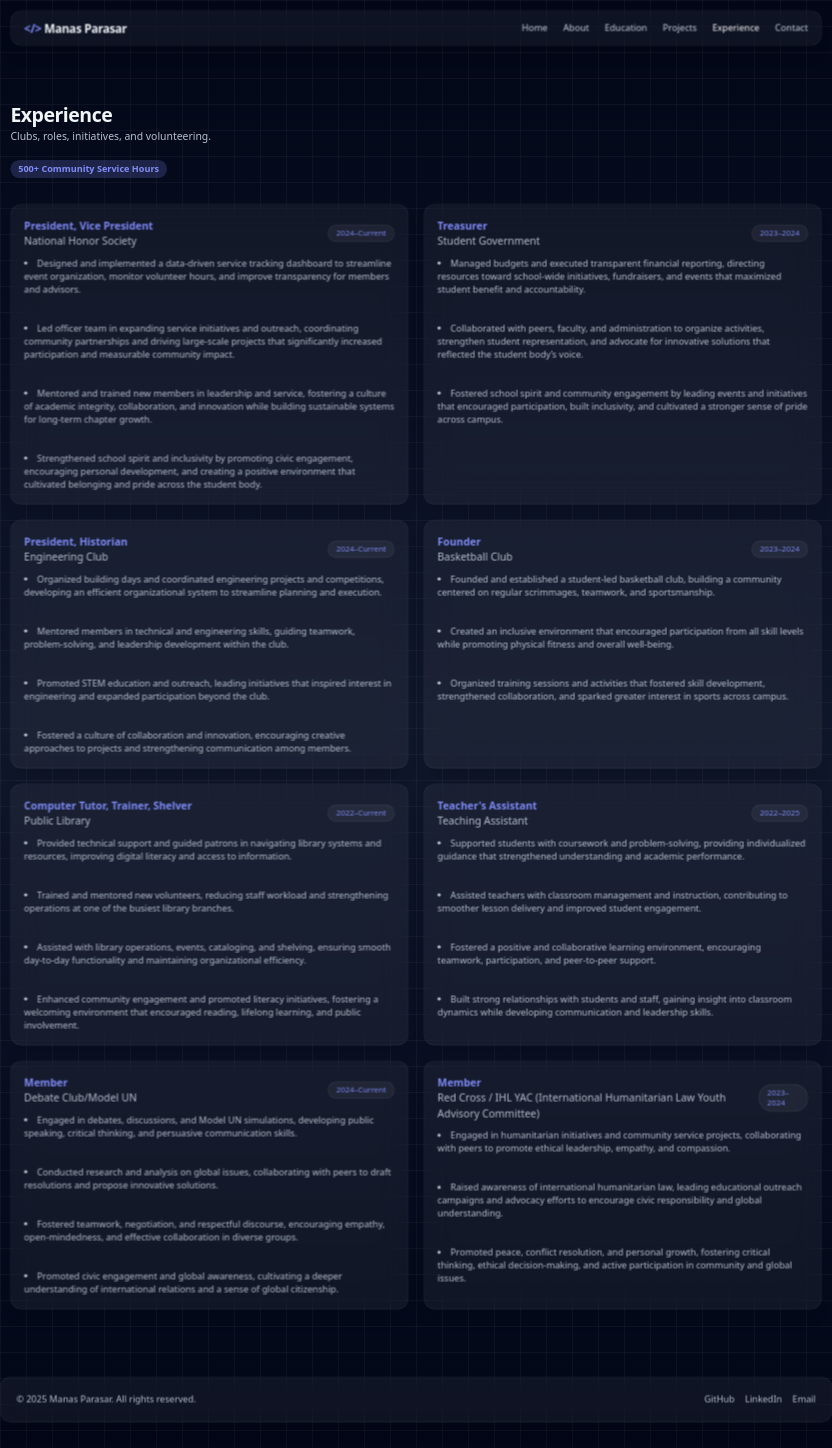
Repository: Manas-Parasar/portfolio-manas-parasar
Page: /experience
An editor plug-in stored every save of this project. The page is shown before and after the next save, followed by the edit.
The browser window is 1280 px wide. The pictures show the whole page, at 65% of full size.
The project was rebuilt for these pictures with package versions that can differ from the ones it lists, and the page was loaded fresh each time. Also part of the build but not shown: vite.config.js, src/components/Hero.jsx, src/components/ProjectCard.jsx, src/pages/Home.jsx, src/pages/About.jsx, src/pages/Projects.jsx, src/pages/Contact.jsx. Imported but missing from the stored project, and not drawn on this page: src/assets/Manas Parasar Resume.pdf.

Above is the page before, as saved 2025-08-23 00:23:57.

### index.html
<!DOCTYPE html>
<html lang="en">
  <head>
    <meta charset="UTF-8" />
    <meta name="viewport" content="width=device-width, initial-scale=1.0" />
    <title>Manas Parasar Portfolio</title>
    <meta
      name="description"
      content="Portfolio of Manas Parasar: projects, leadership, research, and impact."
    />
    <link rel="icon" href="/PortfolioFavicon.png" />
  </head>
  <body
    class="min-h-screen bg-gradient-to-b from-slate-950 via-slate-900 to-slate-950 text-slate-100"
  >
    <div id="root"></div>
    <script type="module" src="/src/main.jsx"></script>
  </body>
</html>

### src/main.jsx
import { BrowserRouter } from "react-router-dom";
import "./index.css";
import React from "react";
import ReactDOM from "react-dom/client";
import App from "./App";

ReactDOM.createRoot(document.getElementById("root")).render(
  <React.StrictMode>
    <BrowserRouter>
      <App />
    </BrowserRouter>
  </React.StrictMode>
);

### src/index.css
@tailwind base;
@tailwind components;
@tailwind utilities;

html,
body {
  margin: 0;
  padding: 0;
  box-sizing: border-box;
  overscroll-behavior: none;
  overflow-x: hidden;
}

html {
  background-color: #0aa345; /* slate-900 */
}

html,
body {
  margin: 0;
  padding: 0;
  box-sizing: border-box;
}

html {
  background-color: #0f172a; /* slate-900 */
}

/* Subtle selection & scrollbar tweaks */
::selection {
  background: #175430;
  color: white;
}
::-webkit-scrollbar {
  width: 10px;
}
::-webkit-scrollbar-thumb {
  background: rgba(148, 184, 155, 0.4);
  border-radius: 999px;
}

/* Reusable utilities */
@layer utilities {
  .glass {
    @apply bg-white/5 backdrop-blur-xl border border-white/10 shadow-xl;
  }
  .btn {
    @apply inline-flex items-center gap-2 rounded-2xl px-5 py-2 font-medium transition;
  }
  .btn-primary {
    @apply btn bg-brand-600 hover:bg-brand-500 text-white;
  }
  .btn-ghost {
    @apply btn glass hover:bg-white/10;
  }
  .headline {
    @apply text-4xl md:text-5xl font-extrabold tracking-tight;
  }
  .subtle {
    @apply text-slate-300/90;
  }
}

### src/App.jsx
import { Routes, Route } from "react-router-dom";
import Navbar from "./components/Navbar";
import Footer from "./components/Footer";
import Home from "./pages/Home";
import About from "./pages/About";
import Projects from "./pages/Projects";
import Experience from "./pages/Experience";
import Contact from "./pages/Contact";
import Education from "./pages/Education";

export default function App() {
  return (
    <div className="min-h-screen flex flex-col bg-grid-sheer bg-grid-sheer bg-[length:40px_40px] overflow-hidden">
      <div className="absolute inset-0 -z-10 opacity-70" aria-hidden>
        <div className="absolute -top-40 -left-40 h-96 w-96 rounded-full bg-brand-500 blur-[120px] opacity-30 animate-float" />
      </div>
      <Navbar />
      <main className="container py-10 flex-grow">
        <Routes>
          <Route path="/" element={<Home />} />
          <Route path="/about" element={<About />} />
          <Route path="/education" element={<Education />} />
          <Route path="/projects" element={<Projects />} />
          <Route path="/experience" element={<Experience />} />
          <Route path="/contact" element={<Contact />} />
        </Routes>
      </main>
      <Footer />
    </div>
  );
}

### src/components/Navbar.jsx
import { Link, NavLink } from "react-router-dom";
import { Menu, X } from "lucide-react";
import { useState } from "react";

export default function Navbar() {
  const [open, setOpen] = useState(false);
  const nav = [
    { to: "/", label: "Home" },
    { to: "/about", label: "About" },
    { to: "/education", label: "Education" },
    { to: "/projects", label: "Projects" },
    { to: "/experience", label: "Experience" },
    { to: "/contact", label: "Contact" },
  ];

  const NavItems = ({ onClick }) => (
    <ul className="flex flex-col md:flex-row gap-4 md:gap-6 text-sm">
      {nav.map((n) => (
        <li key={n.to}>
          <NavLink
            to={n.to}
            onClick={onClick}
            className={({ isActive }) =>
              `transition hover:text-white ${
                isActive ? "text-white" : "text-slate-300"
              }`
            }
          >
            {n.label}
          </NavLink>
        </li>
      ))}
    </ul>
  );

  return (
    <header className="sticky top-0 z-50">
      <div className="container mt-4">
        <div className="glass rounded-2xl px-5 py-3 flex items-center justify-between">
          <Link to="/" className="font-black tracking-tight text-lg">
            <span className="text-brand-400">&lt;/&gt;</span> Manas Parasar
          </Link>
          <nav className="hidden md:block">
            <NavItems />
          </nav>
          <button
            className="md:hidden btn-ghost"
            onClick={() => setOpen(!open)}
            aria-label="Toggle Menu"
          >
            {open ? <X size={20} /> : <Menu size={20} />}
          </button>
        </div>
        {open && (
          <div className="md:hidden mt-2 glass rounded-2xl px-5 py-4">
            <NavItems onClick={() => setOpen(false)} />
          </div>
        )}
      </div>
    </header>
  );
}

### src/components/Footer.jsx
export default function Footer() {
  return (
    <footer className="mt-16 pb-10">
      <div className="container glass rounded-2xl p-6 flex flex-col md:flex-row items-center justify-between gap-4">
        <p className="text-sm subtle">
          © {new Date().getFullYear()} Manas Parasar. All rights reserved.
        </p>
        <div className="text-sm subtle flex gap-4">
          <a
            href="https://github.com/"
            target="_blank"
            className="hover:text-white"
          >
            GitHub
          </a>
          <a
            href="https://linkedin.com/"
            target="_blank"
            className="hover:text-white"
          >
            LinkedIn
          </a>
          <a href="mailto:manas@example.com" className="hover:text-white">
            Email
          </a>
        </div>
      </div>
    </footer>
  );
}

### src/pages/Experience.jsx
import { TimelineItem } from "../components/TimelineItem";
import Section from "../components/Section";

export default function Experience() {
  return (
    <>
      <Section
        title="Experience"
        subtitle="Clubs, roles, initiatives, and volunteering."
      >
        <div className="mb-4 w-fit">
          <span className="inline-block bg-brand-400/20 rounded-full px-3 py-1 text-sm font-semibold text-brand-400">
            500+ Community Service Hours
          </span>
        </div>
        <div className="grid md:grid-cols-2 gap-6">
          <TimelineItem
            org="National Honor Society"
            role="President, Vice President"
            period="2024–Current"
            points={[
              "Designed and implemented a data-driven service tracking dashboard to streamline event organization, monitor volunteer hours, and improve transparency for members and advisors.",
              "Led officer team in expanding service initiatives and outreach, coordinating community partnerships and driving large-scale projects that significantly increased participation and measurable community impact.",
              "Mentored and trained new members in leadership and service, fostering a culture of academic integrity, collaboration, and innovation while building sustainable systems for long-term chapter growth.",
              "Strengthened school spirit and inclusivity by promoting civic engagement, encouraging personal development, and creating a positive environment that cultivated belonging and pride across the student body.",
            ]}
          />
          <TimelineItem
            org="Student Government"
            role="Treasurer"
            period="2023–2024"
            points={[
              "Managed budgets and executed transparent financial reporting, directing resources toward school-wide initiatives, fundraisers, and events that maximized student benefit and accountability.",
              "Collaborated with peers, faculty, and administration to organize activities, strengthen student representation, and advocate for innovative solutions that reflected the student body’s voice.",
              "Fostered school spirit and community engagement by leading events and initiatives that encouraged participation, built inclusivity, and cultivated a stronger sense of pride across campus.",
            ]}
          />
          <TimelineItem
            org="Engineering Club"
            role="President, Historian"
            period="2024–Current"
            points={[
              "Organized building days and coordinated engineering projects and competitions, developing an efficient organizational system to streamline planning and execution.",
              "Mentored members in technical and engineering skills, guiding teamwork, problem-solving, and leadership development within the club.",
              "Promoted STEM education and outreach, leading initiatives that inspired interest in engineering and expanded participation beyond the club.",
              "Fostered a culture of collaboration and innovation, encouraging creative approaches to projects and strengthening communication among members.",
            ]}
          />
          <TimelineItem
            org="Basketball Club"
            role="Founder"
            period="2023–2024"
            points={[
              "Founded and established a student-led basketball club, building a community centered on regular scrimmages, teamwork, and sportsmanship.",
              "Created an inclusive environment that encouraged participation from all skill levels while promoting physical fitness and overall well-being.",
              "Organized training sessions and activities that fostered skill development, strengthened collaboration, and sparked greater interest in sports across campus.",
            ]}
          />
          <TimelineItem
            org="Public Library"
            role="Computer Tutor, Trainer, Shelver"
            period="2022–Current"
            points={[
              "Provided technical support and guided patrons in navigating library systems and resources, improving digital literacy and access to information.",
              "Trained and mentored new volunteers, reducing staff workload and strengthening operations at one of the busiest library branches.",
              "Assisted with library operations, events, cataloging, and shelving, ensuring smooth day-to-day functionality and maintaining organizational efficiency.",
              "Enhanced community engagement and promoted literacy initiatives, fostering a welcoming environment that encouraged reading, lifelong learning, and public involvement.",
            ]}
          />
          <TimelineItem
            org="Teaching Assistant"
            role="Teacher's Assistant"
            period="2022–2025"
            points={[
              "Supported students with coursework and problem-solving, providing individualized guidance that strengthened understanding and academic performance.",
              "Assisted teachers with classroom management and instruction, contributing to smoother lesson delivery and improved student engagement.",
              "Fostered a positive and collaborative learning environment, encouraging teamwork, participation, and peer-to-peer support.",
              "Built strong relationships with students and staff, gaining insight into classroom dynamics while developing communication and leadership skills.",
            ]}
          />
          <TimelineItem
            org="Debate Club/Model UN"
            role="Member"
            period="2024–Current"
            points={[
              "Engaged in debates, discussions, and Model UN simulations, developing public speaking, critical thinking, and persuasive communication skills.",
              "Conducted research and analysis on global issues, collaborating with peers to draft resolutions and propose innovative solutions.",
              "Fostered teamwork, negotiation, and respectful discourse, encouraging empathy, open-mindedness, and effective collaboration in diverse groups.",
              "Promoted civic engagement and global awareness, cultivating a deeper understanding of international relations and a sense of global citizenship.",
            ]}
          />
          <TimelineItem
            org="Red Cross / IHL YAC (International Humanitarian Law Youth Advisory Committee) "
            role="Member"
            period="2023–2024"
            points={[
              "Engaged in humanitarian initiatives and community service projects, collaborating with peers to promote ethical leadership, empathy, and compassion.",
              "Raised awareness of international humanitarian law, leading educational outreach campaigns and advocacy efforts to encourage civic responsibility and global understanding.",
              "Promoted peace, conflict resolution, and personal growth, fostering critical thinking, ethical decision-making, and active participation in community and global issues.",
            ]}
          />
        </div>
      </Section>
    </>
  );
}

### src/pages/Education.jsx
import { FaJava } from "react-icons/fa";
import {
  SiJavascript,
  SiReact,
  SiPython,
  SiFirebase,
  SiTailwindcss,
  SiGit,
  SiHtml5,
  SiCss3,
  SiCplusplus,
} from "react-icons/si";
import React from "react";

const skills = [
  { name: "Java", icon: <FaJava />, color: "text-red-500" },
  { name: "React", icon: <SiReact />, color: "text-blue-500" },
  { name: "Python", icon: <SiPython />, color: "text-yellow-500" },
  { name: "Firebase", icon: <SiFirebase />, color: "text-yellow-400" },
  { name: "Tailwind", icon: <SiTailwindcss />, color: "text-teal-500" },
  { name: "Git", icon: <SiGit />, color: "text-orange-600" },
  { name: "HTML", icon: <SiHtml5 />, color: "text-orange-500" },
  { name: "CSS", icon: <SiCss3 />, color: "text-blue-600" },
  { name: "JavaScript", icon: <SiJavascript />, color: "text-yellow-300" },
  { name: "C++", icon: <SiCplusplus />, color: "text-blue-700" },
];

export default function Education() {
  return (
    <div className="space-y-6">
      <div className="glass rounded-3xl p-6 hover:shadow-glow transition">
        <h3 className="font-semibold mb-2 text-2xl text-brand-400">College</h3>
        <div className="subtle">
          <p className="font-bold">Paradise Valley Community College</p>
          <p>Associate of Science in Computer Science</p>
          <p>Expected Graduation: May 2026</p>
          <br />
          <p>Associate of Science in Physics</p>
          <p>Expected Graduation: May 2026</p>
          <br />
          <p>Associate of Arts in Mathematics</p>
          <p>Expected Graduation: May 2026</p>
        </div>
      </div>
      <div className="glass rounded-3xl p-6 hover:shadow-glow transition">
        <h3 className="font-semibold mb-2 text-2xl text-brand-400">
          High School
        </h3>
        <div className="subtle">
          <p className="font-bold">
            Arizona Agribusiness & Equine Center - Paradise Valley
          </p>
          <p>High School Diploma</p>
          <p>May 2026</p>
          <p>Phoenix, AZ</p>
        </div>
      </div>
      <div className="glass rounded-3xl p-6 hover:shadow-glow transition">
        <h3 className="font-semibold mb-2 text-2xl text-brand-400">
          Academics & Scores
        </h3>
        <ul className="subtle list-disc list-inside space-y-1">
          <li>Digital SAT: 1530 (770 Math, 760 English)</li>
          <li>ACT: 35 (36 Math, 36 Science, 36 English, 33 Reading)</li>
          <li>GPA: 4.00 (Unweighted)</li>
        </ul>
      </div>
      <div className="glass rounded-3xl p-6 hover:shadow-glow transition">
        <h3 className="font-semibold mb-2 text-2xl text-brand-400">
          Related Coursework
        </h3>
        <div className="grid grid-cols-1 md:grid-cols-2 gap-4 subtle">
          <div>
            <ul className="list-disc list-inside space-y-1">
              <li>Geometry 1-2</li>
              <li>Algebra 3-4</li>
              <li>Pre-Calculus 1-2</li>
              <li>College Algebra/Functions (MAT151)</li>
              <li>Calculus with Analytical Geometry I (MAT220)</li>
              <li>Calculus with Analytical Geometry II (MAT230)</li>
              <li>Biology 1-2</li>
            </ul>
          </div>
          <div>
            <ul className="list-disc list-inside space-y-1">
              <li>Chemistry 1-2</li>
              <li>University Physics I: Mechanics (PHY121)</li>
              <li>Introduction to Computer Science (Java) (CSC110AB)</li>
              <li>
                Object Oriented Programming and Data Structures (CSC205AC)
              </li>
              <li>Digital Design Fundamentals (CSC120)</li>
              <li>
                Introduction to Different Programming Languages (CSC240AA)
              </li>
              <li>Introduction to Logic (PHI103)</li>
            </ul>
          </div>
        </div>
      </div>
      <div className="glass rounded-3xl p-6 hover:shadow-glow transition">
        <h3 className="font-semibold mb-2 text-2xl text-brand-400">Skills</h3>
        <div className="grid grid-cols-2 md:grid-cols-4 gap-4">
          {skills.map((skill, index) => (
            <React.Fragment key={skill.name}>
              {index === 8 && <div className="hidden md:block col-span-1" />}
              <div className="flex items-center gap-4 bg-white/5 p-4 rounded-lg transition-all duration-300 ease-in-out hover:bg-white/10 hover:scale-105 hover:shadow-glow">
                <div className={`text-4xl ${skill.color}`}>{skill.icon}</div>
                <div>
                  <h4 className="font-bold">{skill.name}</h4>
                </div>
              </div>
            </React.Fragment>
          ))}
        </div>
      </div>
    </div>
  );
}

### src/components/Section.jsx
export default function Section({ title, subtitle, children, cta }) {
  return (
    <section className="mt-12">
      <div className="flex items-end justify-between gap-4 mb-6">
        <div>
          <h2 className="text-2xl md:text-3xl font-bold tracking-tight">
            {title}
          </h2>
          {subtitle && <p className="subtle mt-1">{subtitle}</p>}
        </div>
        {cta}
      </div>
      <div className="grid gap-6">{children}</div>
    </section>
  );
}

### src/components/TimelineItem.jsx
export function TimelineItem({ org, role, period, points = [] }) {
  return (
    <div className="glass rounded-2xl p-5 hover:shadow-glow transition">
      <div className="flex flex-col md:flex-row md:items-center md:justify-between">
        <div>
          <h3 className="font-semibold text-brand-400">{role}</h3>
          <p className="subtle">{org}</p>
        </div>
        <span className="text-xs mt-2 md:mt-0 px-3 py-1 rounded-full bg-white/5 border border-white/10 text-brand-400">
          {period}
        </span>
      </div>
      {points?.length > 0 && (
        <ul className="list-disc list-inside mt-3 text-sm subtle space-y-10">
          {points.map((p, i) => (
            <li key={i}>{p}</li>
          ))}
        </ul>
      )}
    </div>
  );
}

### tailwind.config.js
/** @type {import('tailwindcss').Config} */
export default {
  content: ["./index.html", "./src/**/*.{js,jsx,ts,tsx}"],
  theme: {
    extend: {
      container: { center: true, padding: "1rem" },
      fontFamily: {
        display: ["Inter", "ui-sans-serif", "system-ui"],
      },
      colors: {
        brand: {
          50: "#eef2ff",
          100: "#e0e7ff",
          200: "#c7d2fe",
          300: "#a5b4fc",
          400: "#818cf8",
          500: "#6366f1",
          600: "#4f46e5",
          700: "#4338ca",
          800: "#3730a3",
          900: "#312e81",
        },
      },
      boxShadow: {
        glow: "0 0 0 0 rgba(99,102,241,0.5), 0 0 80px 10px rgba(99,102,241,0.25)",
      },
      backgroundImage: {
        "grid-sheer":
          "linear-gradient(rgba(255,255,255,0.04) 1px, transparent 1px), linear-gradient(90deg, rgba(255,255,255,0.04) 1px, transparent 1px)",
      },
      backgroundSize: {
        "grid-sheer": "40px 40px",
      },
      animation: {
        float: "float 6s ease-in-out infinite",
        shimmer: "shimmer 4s linear infinite",
      },
      keyframes: {
        float: {
          "0%, 100%": { transform: "translateY(0px)" },
          "50%": { transform: "translateY(-10px)" },
        },
        shimmer: {
          "0%": { backgroundPosition: "-200% 0" },
          "100%": { backgroundPosition: "200% 0" },
        },
      },
    },
  },
  plugins: [],
};

After the next save:
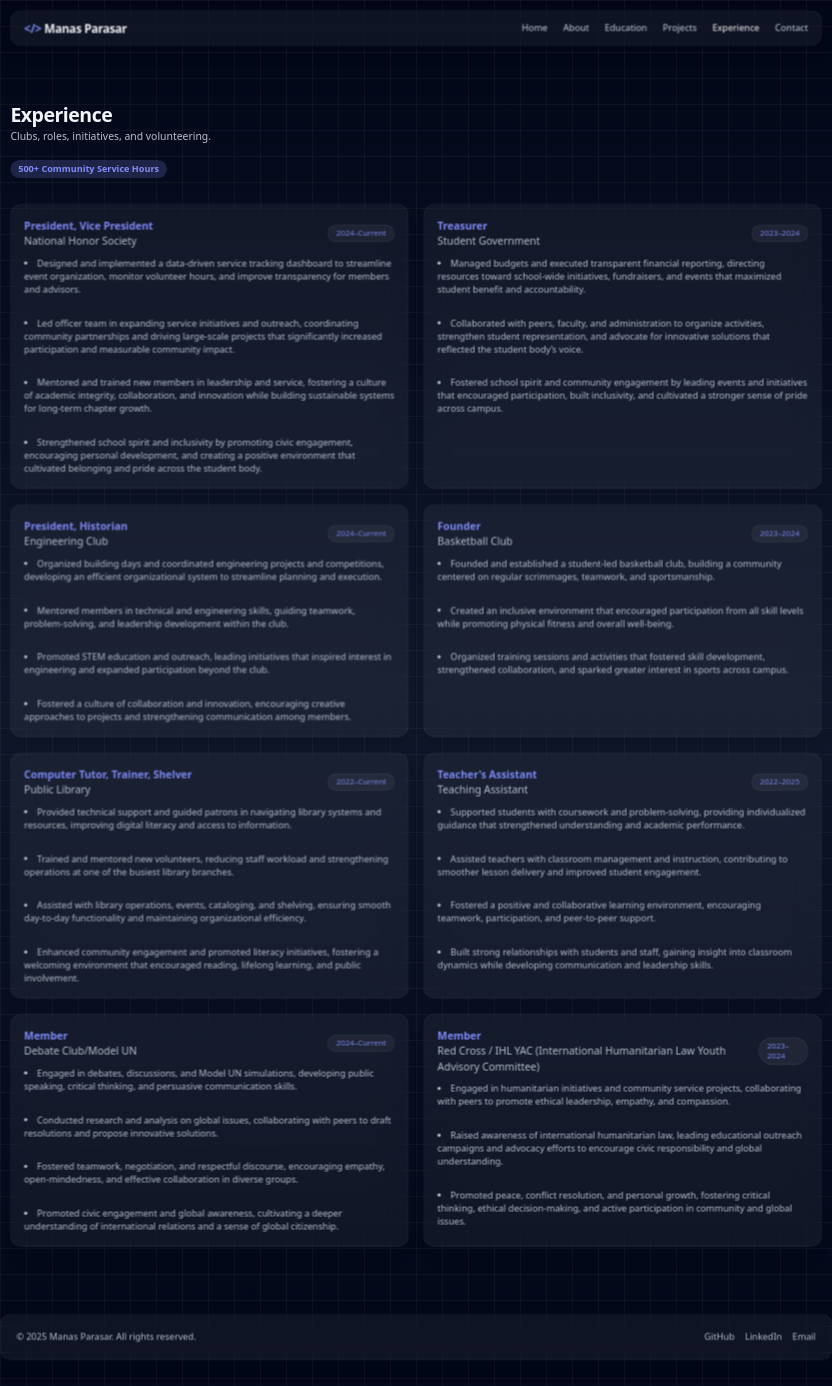
Saved 33 s later.
--- a/src/components/TimelineItem.jsx
+++ b/src/components/TimelineItem.jsx
@@ -11,7 +11,7 @@ export function TimelineItem({ org, role, period, points = [] }) {
         </span>
       </div>
       {points?.length > 0 && (
-        <ul className="list-disc list-inside mt-3 text-sm subtle space-y-10">
+        <ul className="list-disc list-inside mt-3 text-sm subtle space-y-8">
           {points.map((p, i) => (
             <li key={i}>{p}</li>
           ))}
